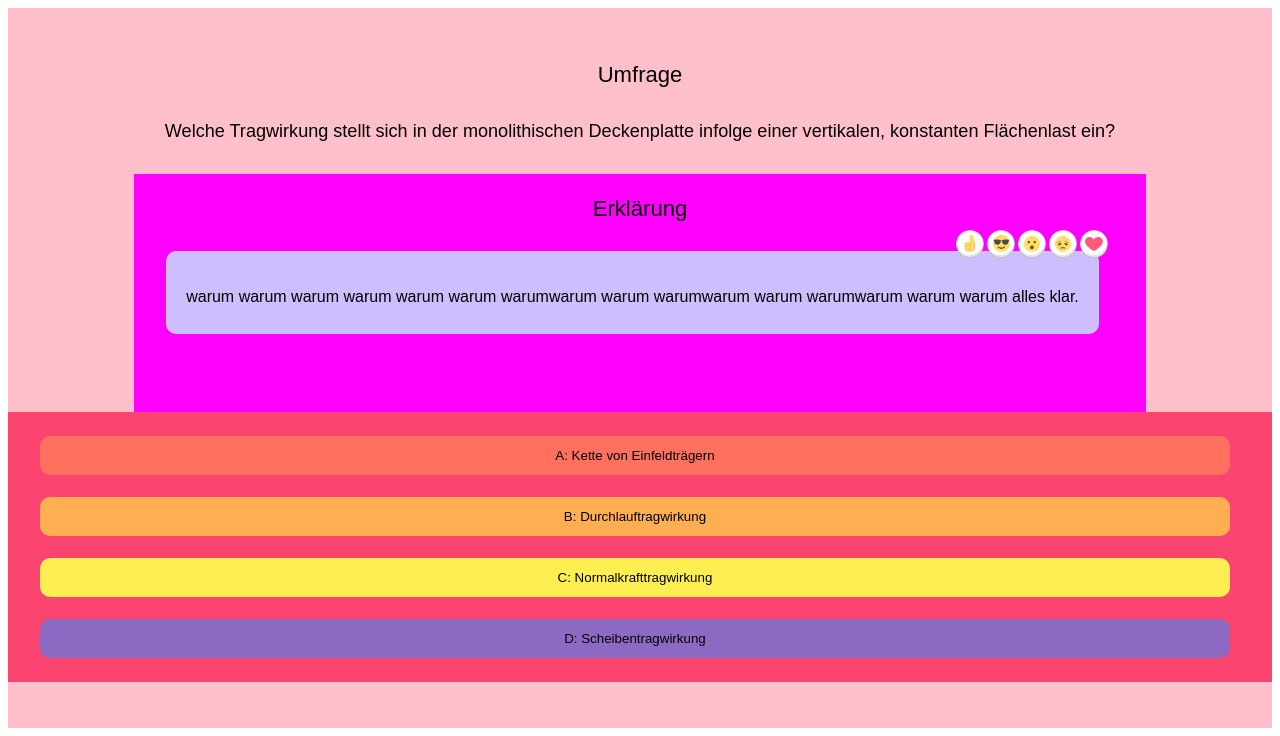
Repository: HyunraDate/Quinlan
Page: /Erklaerung
The author's editor kept a copy of each file at every save. The page is drawn from the files as they stood at one save, then again after the next save.
The browser window is 1280 px wide. The pictures show the whole page.
The project was rebuilt for these pictures with package versions that can differ from the ones it lists, and the page was loaded fresh each time. Also part of the build but not shown: vite.config.js, src/views/Ergebnis1.vue, src/views/Ergebnis2.vue.

Above is the page before, as saved 2023-07-25 15:15:25.

After the next save:
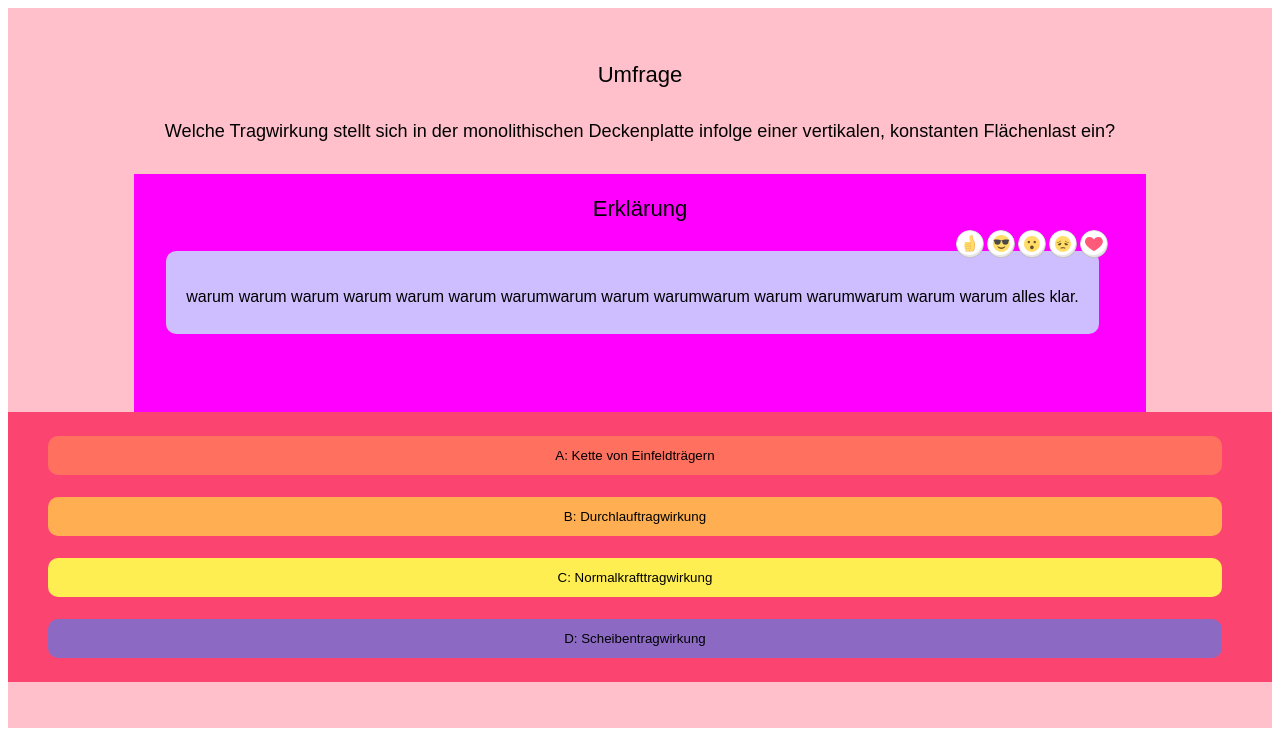
Saved 30 s later.
--- a/src/css/halloween.css
+++ b/src/css/halloween.css
@@ -215,8 +215,8 @@
 .group {
   padding-top: 1.5rem ;
   padding-bottom: 1.5rem ;
-  padding-left: 2rem;
-  padding-right: 2rem;
+  padding-left: 2.5rem;
+  padding-right: 2.5rem;
   background-color: #FB4570;
 }
 
